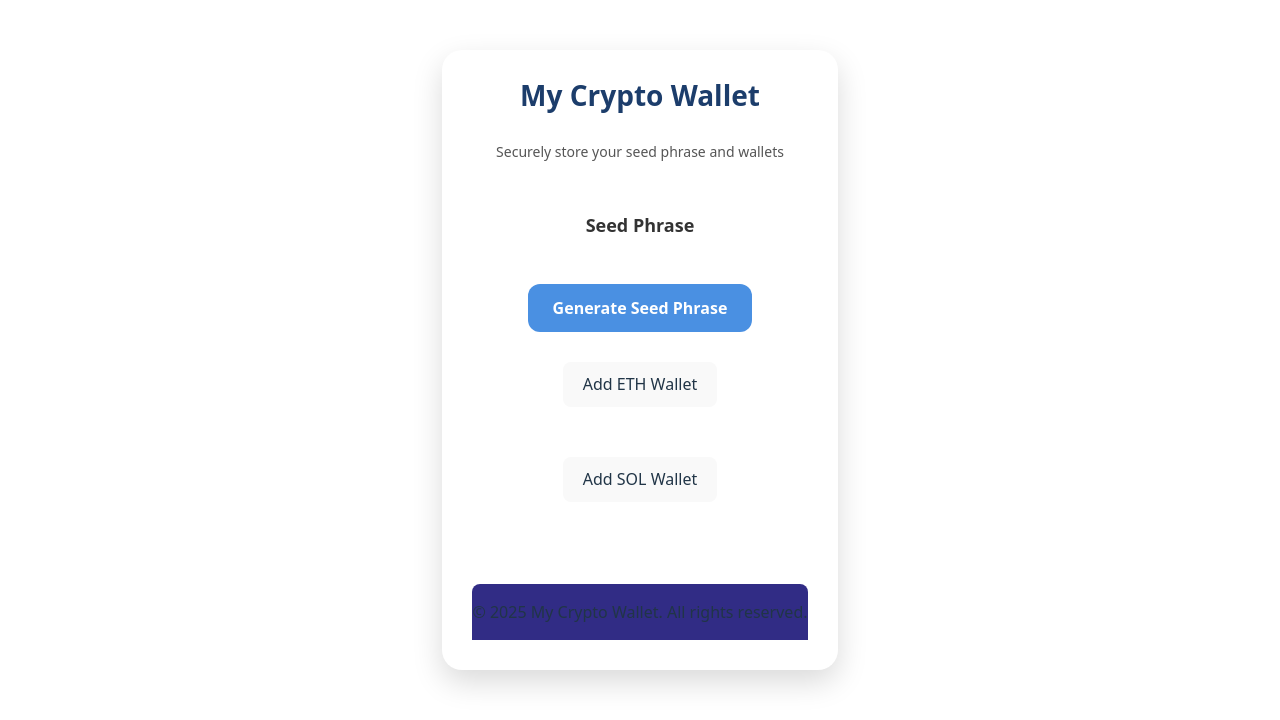
Repository: nishantsingh02/web-based-wallet-web-3
Page: /
These files come from the project's save history. The page is drawn as it stood at one moment and after the next save; the edit follows.
The browser window is 1280 px wide. The pictures show the whole page.
The project was rebuilt for these pictures with package versions that can differ from the ones it lists, and the page was loaded fresh each time. Also part of the build but not shown: vite.config.ts.

Above is the page before, as saved 2025-10-07 02:12:23.

After the next save:
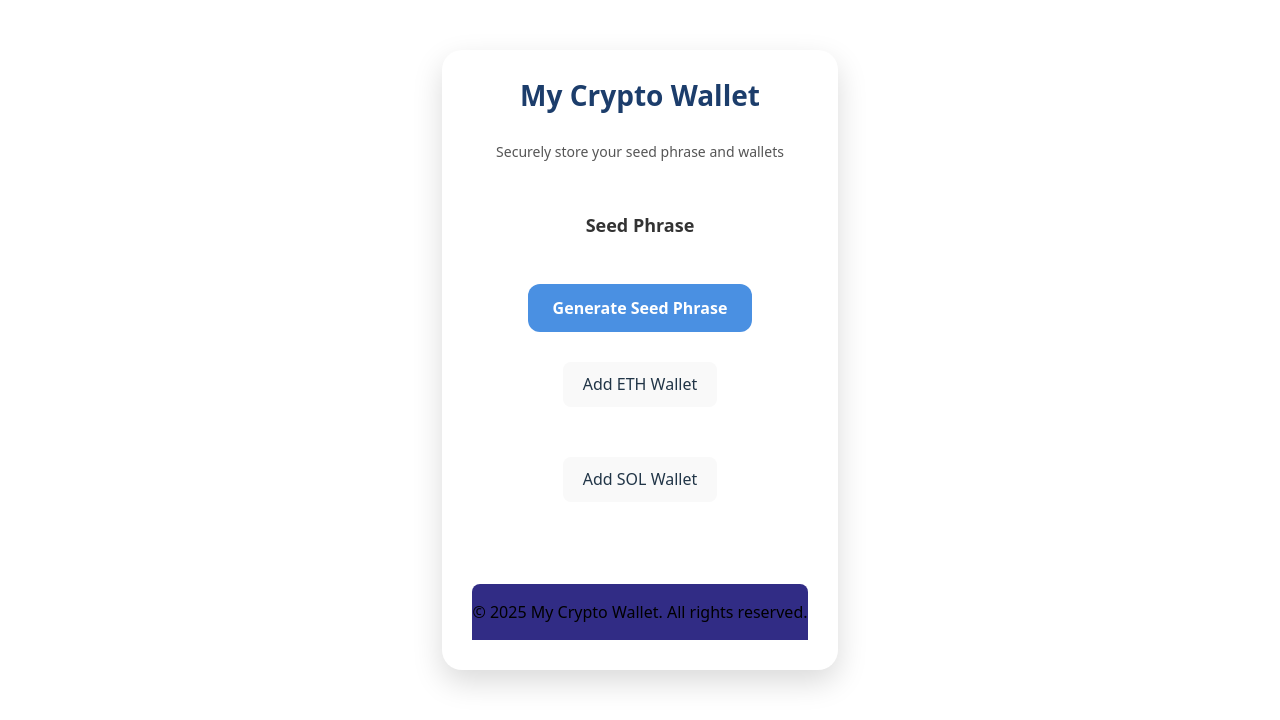
Saved 4 s later.
--- a/src/App.tsx
+++ b/src/App.tsx
@@ -54,7 +54,7 @@ function App() {
 
         {/* SOL Wallet Section */}
         <SOL_wallet mnemonic={mnemonic} />
-      <div className="w-full bg-indigo-900 text-Black text-center py-4 mt-8 rounded-t-lg">
+      <div className="w-full bg-indigo-900 text-black text-center py-4 mt-8 rounded-t-lg">
   <p className="text-sm sm:text-base">© 2025 My Crypto Wallet. All rights reserved.</p>
 </div>
 
